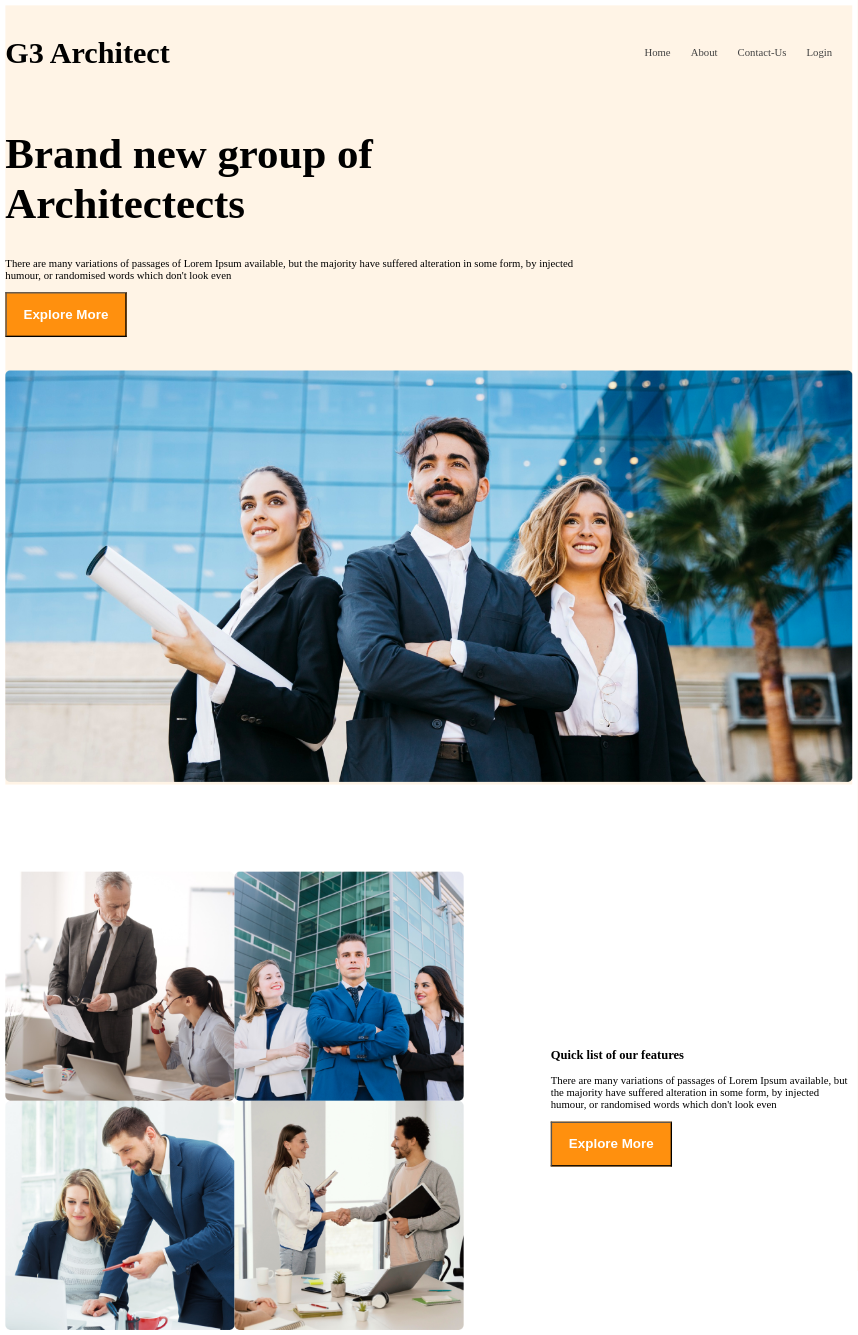
Repository: tanimtanzilislam/g3-architect-website
Page: index.html
The author's editor kept a copy of each file at every save. The page is drawn from the files as they stood at one save, then again after the next save.
The browser window is 1280 px wide. The pictures show the whole page, at 67% of full size.

Above is the page before, as saved 2026-02-06 16:35:48.

After the next save:
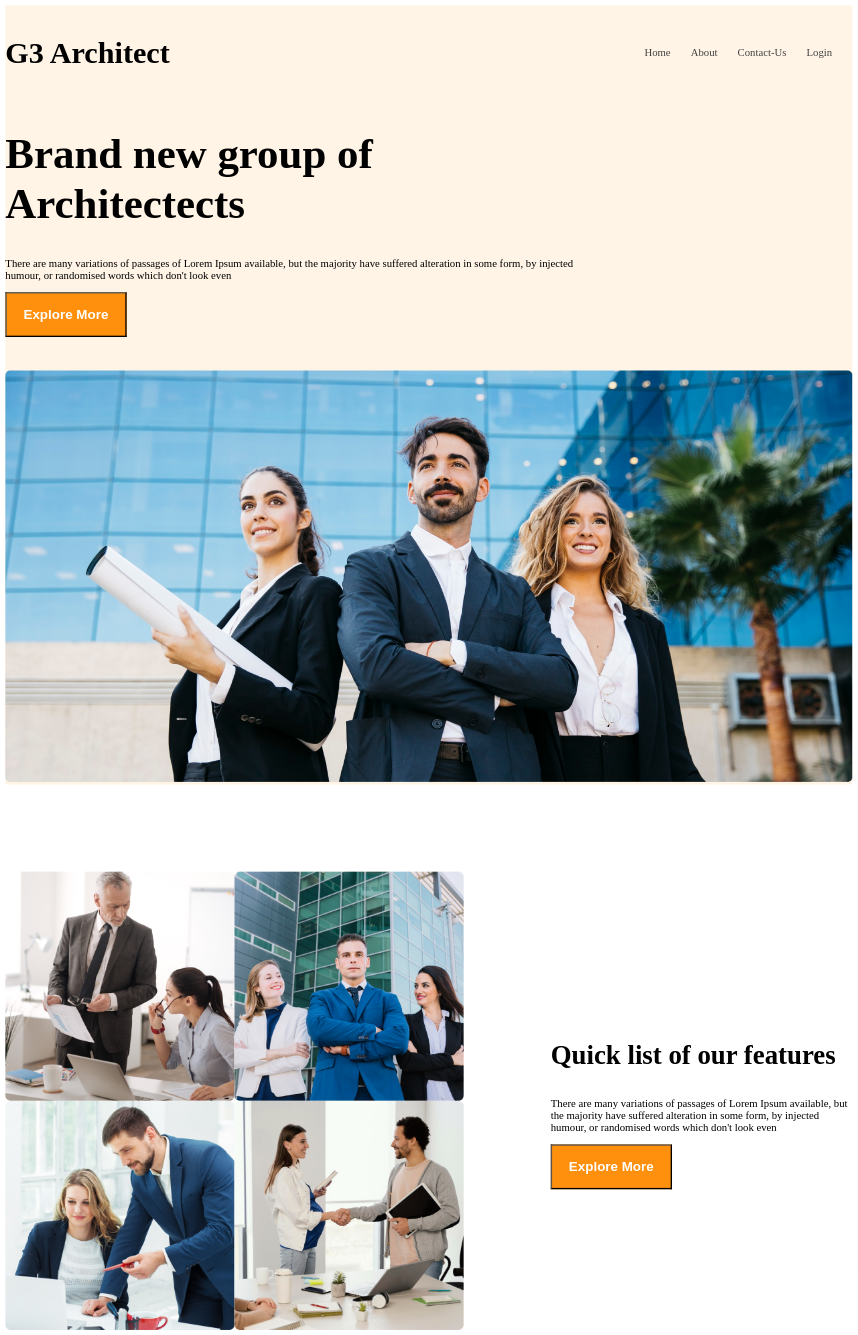
Saved 9 s later.
--- a/styles/styles.css
+++ b/styles/styles.css
@@ -101,7 +101,7 @@
 }
 
 .feature-title{
-  font
+  font-size:2.5rem;
 }
 
 /* responsive media query */
